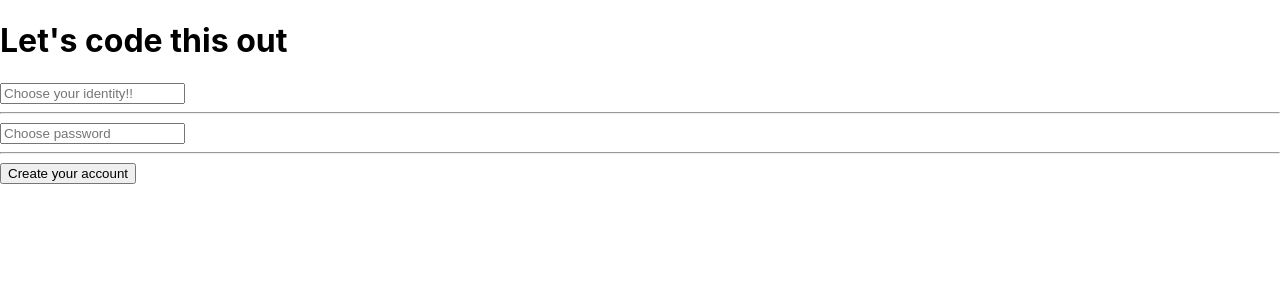
Repository: sammyodiagbe/firebatu
Page: /
These files come from the project's save history. The page is drawn as it stood at one moment and after the next save; the edit follows.
The browser window is 1280 px wide. The pictures show the whole page.
The project was rebuilt for these pictures with package versions that can differ from the ones it lists, and the page was loaded fresh each time. The framework's server and built-in components were replaced by stand-ins that run in the browser. Also part of the build but not shown: next.config.js, styles/Home.module.css.

Above is the page before, as saved 2022-04-18 01:34:56.

### pages/index.js
import Head from "next/head";
import styles from "../styles/Home.module.css";
import { auth } from "../config/firebase.config";
import { createUserWithEmailAndPassword } from "firebase/auth";
import { useState } from "react";

// const activeUser = auth.currentUser;
// console.log(activeUser);

export default function Home() {
  const [username, setUsername] = useState("");
  const [password, setUserPassword] = useState("");

  const createUserWithUsername = (e) => {
    e.preventDefault();
  };
  return (
    <div className={styles.container}>
      <Head>
        <title>Welcome to firebatu</title>
        <meta name="description" content="Online mulitplayer battle ground." />
        <link rel="icon" href="/favicon.ico" />
      </Head>

      <main className={styles.main}>
        <h1>Let's code this out</h1>
        <div className={styles.container}>
          <form onSubmit={createUserWithUsername}>
            <input
              type="text"
              placeholder="Choose your identity!!"
              value={username}
              onChange={(e) => setUsername(e.target.value)}
            />
            <hr />
            <input
              type="password"
              placeholder="Choose password"
              value={password}
              onChange={(e) => setUserPassword(e.target.value)}
            />
            <hr />
            <button type="submit">Create your account</button>
          </form>
        </div>
      </main>

      <footer className={styles.footer}></footer>
    </div>
  );
}

### config/firebase.config.js
import { initializeApp } from "firebase/app";
import { getAuth } from "firebase/auth";
import { getDatabase } from "firebase/database";

const firebaseConfig = {
  apiKey: "AIzaSyAJ1QT8rgezQYLSDyE8NGtNT3rWRv5rCpw",
  authDomain: "batu-fc5e3.firebaseapp.com",
  projectId: "batu-fc5e3",
  storageBucket: "batu-fc5e3.appspot.com",
  messagingSenderId: "392780618709",
  appId: "1:392780618709:web:a3e27d5b2b9c7e2a2bbb5c",
  measurementId: "G-S88CP633GT",
};

const app = initializeApp(firebaseConfig);
const auth = getAuth(app);

export { auth };

Loaded but not shown: pages/_app.js (common file); styles/globals.css (common file)

After the next save:
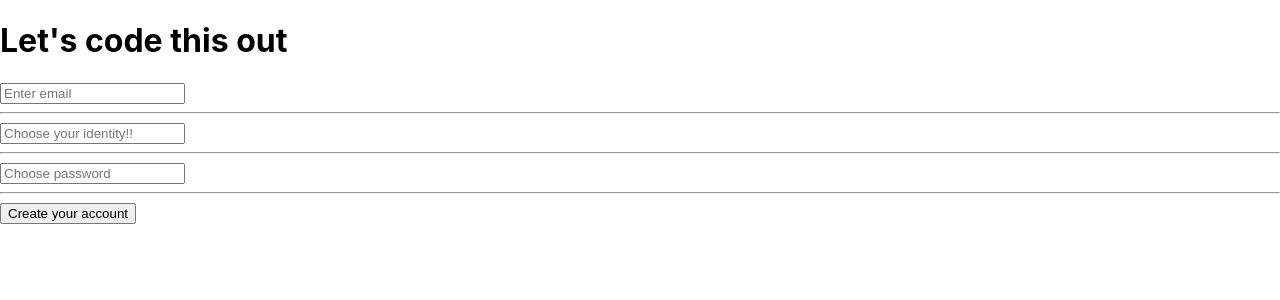
Saved 3 min 3 s later.
--- a/pages/index.js
+++ b/pages/index.js
@@ -1,7 +1,7 @@
 import Head from "next/head";
 import styles from "../styles/Home.module.css";
 import { auth } from "../config/firebase.config";
-import { createUserWithEmailAndPassword } from "firebase/auth";
+import { cre } from "firebase/auth";
 import { useState } from "react";
 
 // const activeUser = auth.currentUser;
@@ -10,6 +10,7 @@ import { useState } from "react";
 export default function Home() {
   const [username, setUsername] = useState("");
   const [password, setUserPassword] = useState("");
+  const [email, setEmail] = useState("");
 
   const createUserWithUsername = (e) => {
     e.preventDefault();
@@ -26,6 +27,13 @@ export default function Home() {
         <h1>Let's code this out</h1>
         <div className={styles.container}>
           <form onSubmit={createUserWithUsername}>
+            <input
+              type={"email"}
+              placeholder={"Enter email"}
+              value={email}
+              onChange={(e) => setEmail(e.target.value)}
+            />
+            <hr />
             <input
               type="text"
               placeholder="Choose your identity!!"
